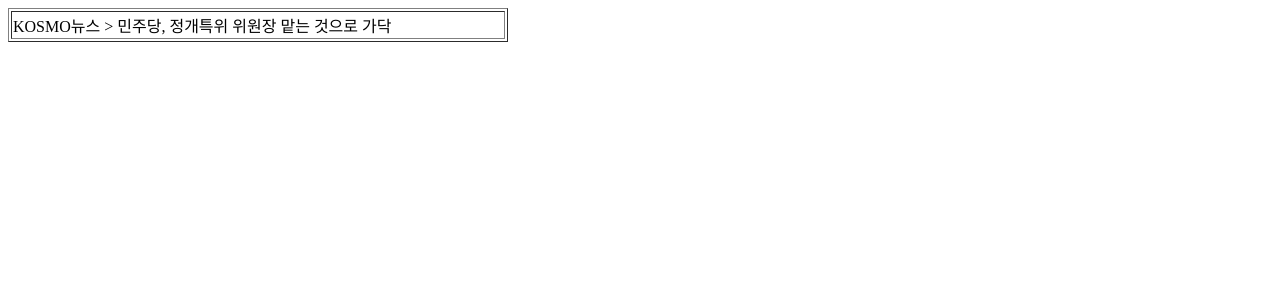
Repository: 8kosmo/workspace_script
Page: http://localhost/dev_html/ajax/news/newsData.jsp
These files come from the project's save history. The page is drawn as it stood at one moment and after the next save; the edit follows.
The browser window is 1280 px wide. The pictures show the whole page.
The page is served by Tomcat 9.

Above is the page before, as saved 2019-07-03 02:55:41.

After the next save:
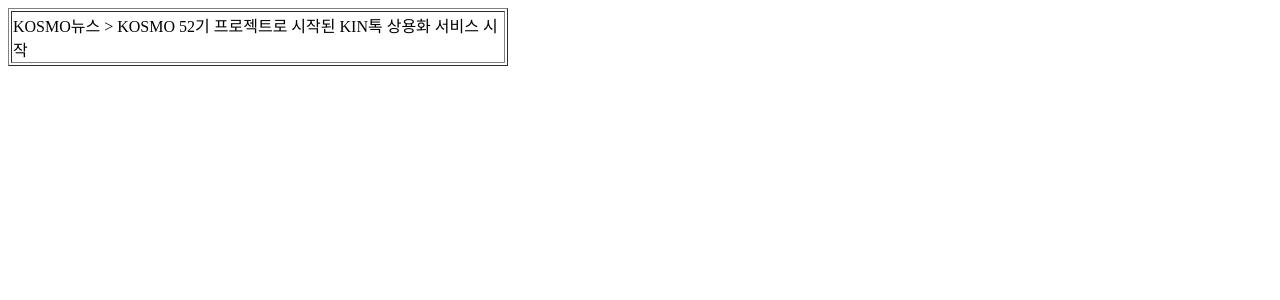
Saved 2 min 54 s later.
--- a/dev_html/WebContent/ajax/news/newsData.jsp
+++ b/dev_html/WebContent/ajax/news/newsData.jsp
@@ -11,9 +11,9 @@
 	}
 %>
 <%
-	String news1[] = {"KOSMO뉴스","민주당, 정개특위 위원장 맡는 것으로 가닥"};
-	String news2[] = {"KOSMO뉴스","정부, 성장률 목표 2.4∼2.5%로 0.2%p 하향…고용 전망은 상향"};
-	String news3[] = {"KOSMO뉴스","김수현이 전역할 때까지 '면회'가 한번도 없었던 이유"};
+	String news1[] = {"KOSMO뉴스","KOSMO 52기 프로젝트로 시작된 KIN톡 상용화 서비스 시작"};
+	String news2[] = {"KOSMO뉴스","김정은 알코올홀릭에서 코딩홀릭으로..."};
+	String news3[] = {"KOSMO뉴스","정재현 식권100장으로 중도탈락 벗어나 취업까지 성공일기"};
 	String news4[] = {"KOSMO뉴스","KOSMO 52기 현태호 정보처리기사'취득' 7전8기 성공비결 밝혀내.."};
 	String news5[] = {"KOSMO뉴스","김리아 DVD대여점 시스템설계에 차질이 생겨 오픈 늦어져.."};
 	String datas = "";
